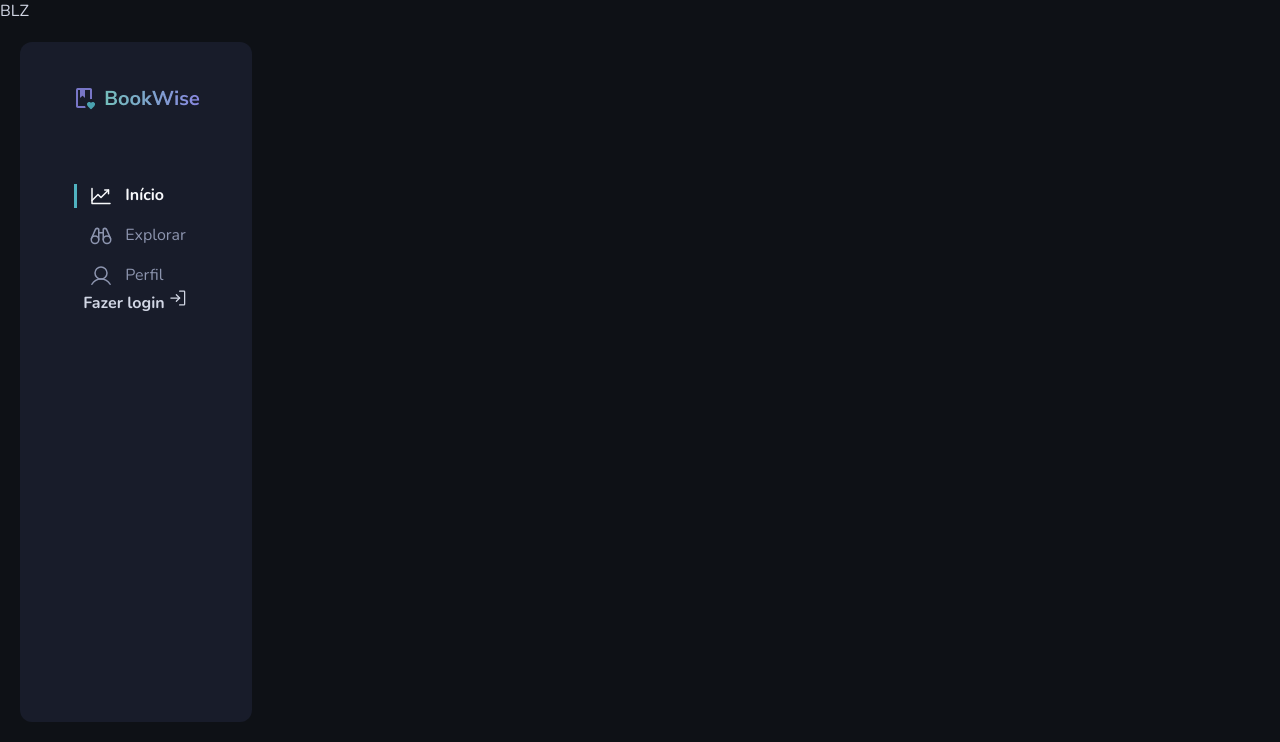
Repository: Giopol12/book-wise
Page: /index.page
An editor plug-in stored every save of this project. The page is shown before and after a run of saves, followed by the edit.
The browser window is 1280 px wide. The pictures show the whole page.
The project was rebuilt for these pictures with package versions that can differ from the ones it lists, and the page was loaded fresh each time. The framework's server and built-in components were replaced by stand-ins that run in the browser. Also part of the build but not shown: next.config.js.

Above is the page before, as saved 2023-10-17 15:51:50.

After the next 2 saves:
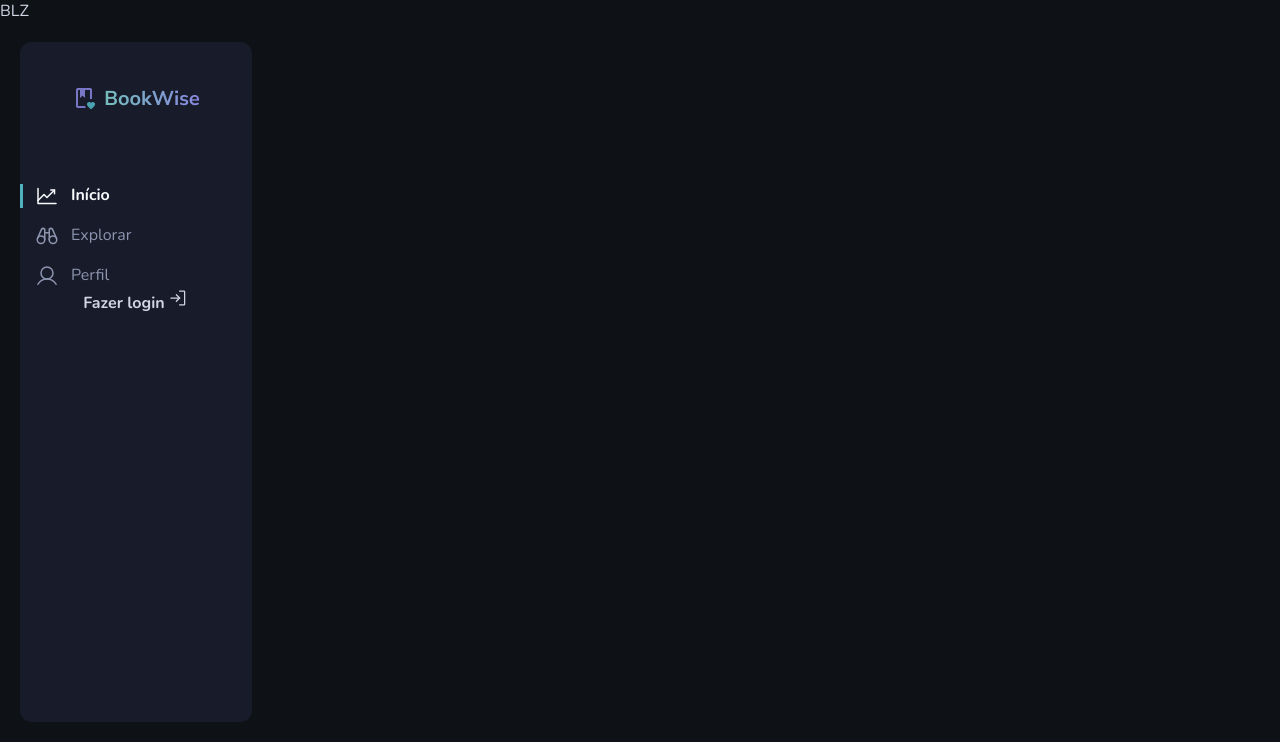
The 2 saves are shown as one change because 1 did not build or start.
The last was saved 31 s later.
--- a/src/pages/home/components/Sidebar/index.tsx
+++ b/src/pages/home/components/Sidebar/index.tsx
@@ -5,6 +5,7 @@ import {
   NavContainer,
   NavItemContainer,
   SidebarContainer,
+  TopContainer,
 } from './styles'
 
 import logo from '../../../../assets/Logo.png'
@@ -13,23 +14,25 @@ import { Binoculars, ChartLineUp, SignIn, User } from 'phosphor-react'
 export function Sidebar() {
   return (
     <SidebarContainer>
-      <LogoContainer>
-        <Image src={logo} alt="" width={128} height={32} />
-      </LogoContainer>
-      <NavContainer>
-        <NavItemContainer selected={true}>
-          <ChartLineUp size={24} />
-          <span>Início</span>
-        </NavItemContainer>
-        <NavItemContainer>
-          <Binoculars size={24} />
-          <span>Explorar</span>
-        </NavItemContainer>
-        <NavItemContainer>
-          <User size={24} />
-          <span>Perfil</span>
-        </NavItemContainer>
-      </NavContainer>
+      <TopContainer>
+        <LogoContainer>
+          <Image src={logo} alt="" width={128} height={32} />
+        </LogoContainer>
+        <NavContainer>
+          <NavItemContainer selected={true}>
+            <ChartLineUp size={24} />
+            <span>Início</span>
+          </NavItemContainer>
+          <NavItemContainer>
+            <Binoculars size={24} />
+            <span>Explorar</span>
+          </NavItemContainer>
+          <NavItemContainer>
+            <User size={24} />
+            <span>Perfil</span>
+          </NavItemContainer>
+        </NavContainer>
+      </TopContainer>
       <LoginContainer>
         <strong>Fazer login</strong> <SignIn size={20} />
       </LoginContainer>

After the save that followed:
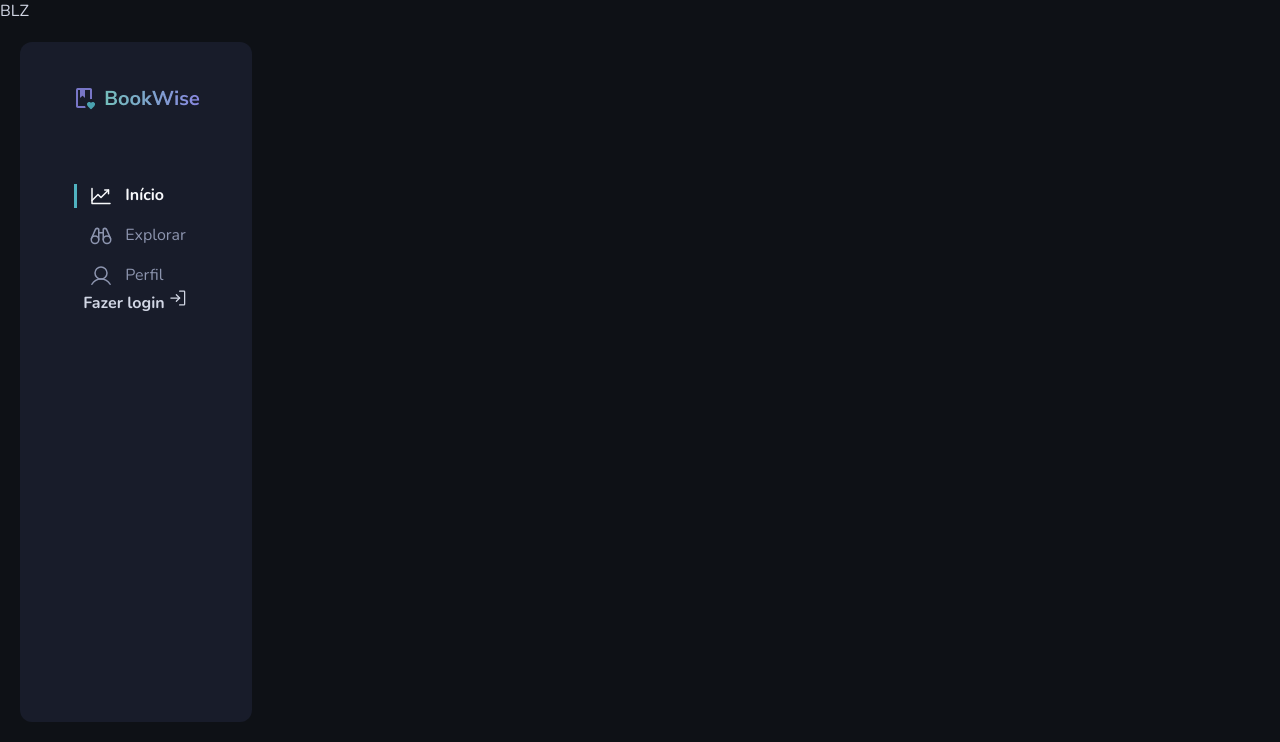
Saved 17 s later.
--- a/src/pages/home/components/Sidebar/styles.ts
+++ b/src/pages/home/components/Sidebar/styles.ts
@@ -11,7 +11,12 @@ export const SidebarContainer = styled('div', {
   alignItems: 'center',
   justifyContent: 'flex-start',
 })
-export const TopContainer = styled('div', {})
+export const TopContainer = styled('div', {
+  display: 'flex',
+  flexDirection: 'column',
+  alignItems: 'center',
+  justifyContent: 'flex-start',
+})
 export const LogoContainer = styled('header', {
   padding: '$10 3.25rem',
 })
